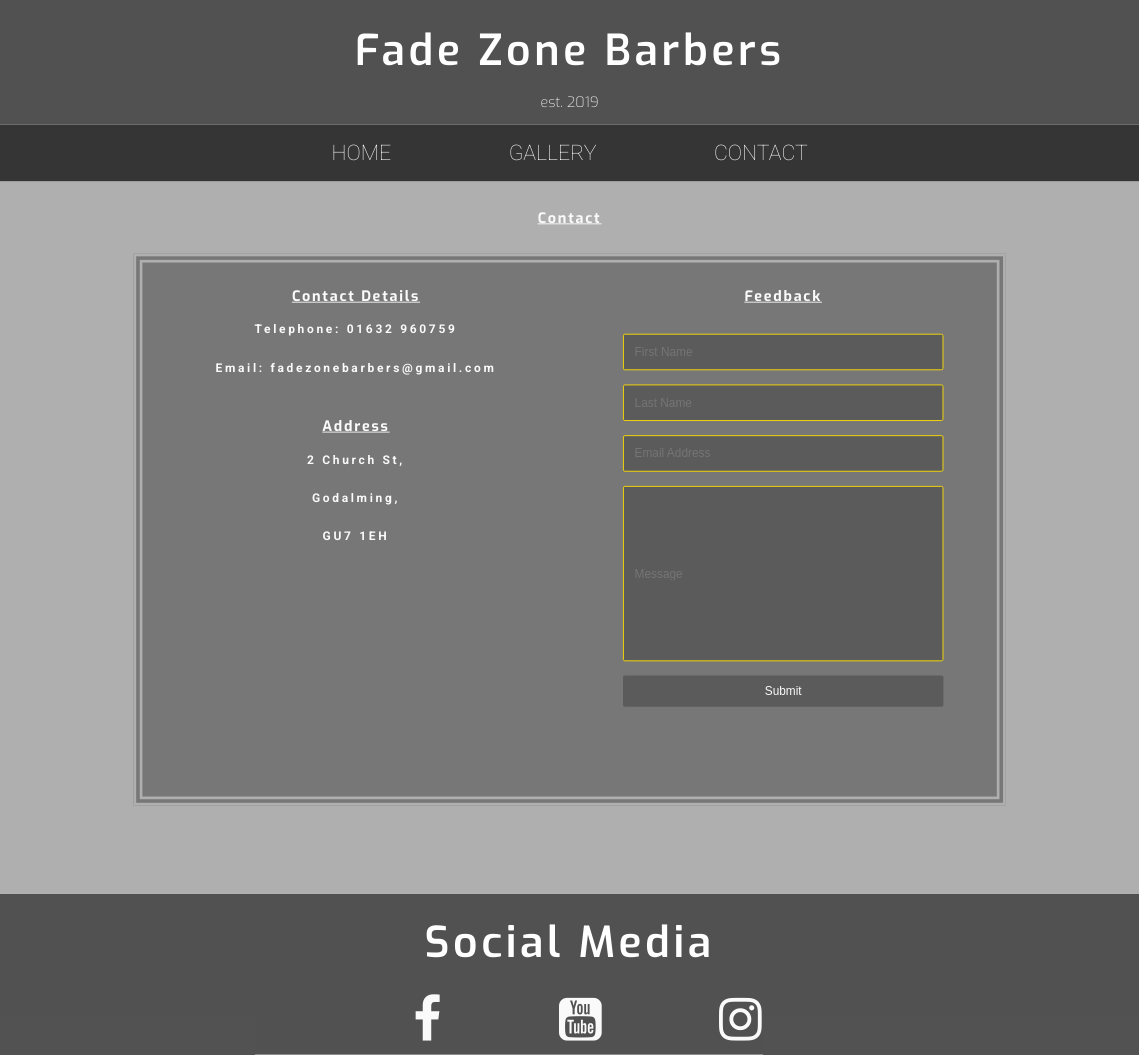
Repository: Boofy360/fade-zone-barbers
Page: contact.html
The author's editor kept a record of every edit. The page is drawn from the files as they stood at one moment, then again after the next edit.
The browser window is 1280 px wide. The pictures show the whole page, at 89% of full size.

Above is the page before.

### contact.html
<!DOCTYPE html>
<html lang="en">

<head>
    <meta charset="UTF-8">
    <meta name="viewport" content="width=device-width, initial-scale=1.0">
    <meta http-equiv="X-UA-Compatible" content="ie=edge">
    <link rel="stylesheet" href="assets/css/style.css" type="text/css" />
    <link rel="stylesheet" href="https://maxcdn.bootstrapcdn.com/font-awesome/4.7.0/css/font-awesome.min.css" type="text/css" />
    <link rel="stylesheet" href="https://cdnjs.cloudflare.com/ajax/libs/hover.css/2.3.1/css/hover-min.css" type="text/css" />
    <title>Document</title>
</head>

<body>
    <header>
        <div id="heading">
            <h1>Fade Zone Barbers</h1>
            <h2>est. 2019</h2>
            <!----------Figure out how to center---------->
        </div>
    </header>
    <nav>
        <ul id="navbar">
            <li>
                <a href="index.html">Home</a>
            </li>
            <li>
                <a href="gallery.html">Gallery</a>
            </li>
            <li>
                <a href="contact.html">Contact</a>
            </li>
        </ul>
    </nav>
    <section id="contact">
        <h2>Contact</h2>
        <div id="contact-overlay">
            <div id="left-contact">
                <h2>Contact Details</h2>
                <p>Telephone: 01632 960759</p>
                <p>Email: fadezonebarbers@gmail.com</p>
                <h2>Address</h2>
                <p>2 Church St,</p>
                <p>Godalming,</p>
                <p>GU7 1EH</p>
            </div>
            <div id="right-contact">
                <h2>Feedback</h2>
                <form action="" target="_self" method="post">
                    <input type="text" name="firstname" placeholder="First Name"/>
                    <input type="text" name="lastname" placeholder="Last Name"/>
                    <input type="text" name="email" placeholder="Email Address"/>
                    <input type="text" name="message" placeholder="Message"/>
                    <input type="submit" value="Submit"/>
                </form>
            </div>
        </div>
    </section>
    <footer>
        <h1>Social Media</h1>
        <ul id="social-networks">
            <li><a href="https://www.facebook.com" target="_blank"><i class="fa fa-facebook"></i></a></li>
            <li><a href="https://www.twitter.com" target="_blank"><i class="fa fa-youtube-square"></i></a></li>
            <li><a href="https://www.instagram.com" target="_blank"><i class="fa fa-instagram"></i></a></li>
        </ul>
    </footer>
</body>

</html>

### assets/css/style.css
@import url('https://fonts.googleapis.com/css?family=Roboto:100,200,300,400,500,600,700|Exo:100,200,300,400,500,600,700');

/*--------------------------------------------Special paddings/margins/text*/

body {
    margin: 0;
    padding: 0;
    border: 0;
}

a:link {
    text-decoration: none!important;
}

/*--------------------------------------------Header*/

header {
    background-color: rgba(8, 8, 8, 0.7);
    font-family: "Exo", sans-serif;
    line-height: 50px;
    text-align: center;
}

#heading h1 {
    font-size: 300%;
    letter-spacing: 4px;
    color: #fff;
    font-weight: 600;
    margin: 0;
    padding: 32px 0 8px;
}

#heading h2 {
    font-size: 100%;
    color: #fafafa;
    font-weight: 200;
    margin: 0;
}

/*--------------------------------------------Navbar*/

#navbar {
    background-color: rgba(32, 32, 32, 0.9);
    list-style-type: none;
    margin: auto;
    padding: 0;
    float: none;
    text-align: center
}

#navbar li {
    display: inline-block;
}

#navbar li a {
    font-family: "Roboto", sans-serif;
    color: #fafafa;
    font-size: 150%;
    font-weight: 100;
    text-transform: uppercase;
    padding: 0 64px;
    text-decoration: none;
    display: inline;
    line-height: 64px;
    transition: all 0.35s ease-in-out;
    -moz-transition: all 0.35s ease-in-out;
    -webkit-transition: all 0.35s ease-in-out;
    -o-transition: all 0.35s ease-in-out;
}

#navbar li a:hover {
    color: #ffdf00;
}


/*--------------------------------------------About Us*/

#hero-image {
    background-image: linear-gradient(rgba(0, 0, 0, 0.2), rgba(0, 0, 0, 0.2)), url("../images/tools-background.jpg");
    height: 100%;
    background-position: center;
    background-repeat: no-repeat;
    background-size: cover;
}


#hero-outer {
    height: 600px;
    width: 100%;
    overflow: hidden;
    position: relative;
    text-align: center
}

#cover-text h2 {
    letter-spacing: 2px;
    font-family: "Exo", sans-serif;
    text-decoration: underline;


}

#cover-text {
    background-color: rgba(32, 32, 32, 0.5);
    font-family: "Roboto", sans-serif;
    font-size: 1.5vh;
    text-align: center;
    color: #fafafa;
    line-height: 100%;
    width: 60%;
    height: 60%;
    border-radius: 5%;
    padding: 20px 20px;
    bottom: 20%;
    left: 10%;
    position: absolute;
    margin: 0 auto;
}

/*--------------------------------------------Prices*/

#prices {
    background-color: #afafaf;
    font-family: "Roboto", sans-serif;
    font-size: 1.5vh;
    text-align: center;
    color: #fafafa;
    width: 100%;
    height: 600px;
    position: relative;
}

#prices h2 {
    text-align: center;
    letter-spacing: 2px;
    font-family: "Exo", sans-serif;
    text-decoration: underline;
    padding: 30px 0;
    margin: 0;
}


#prices-list {
    background-color: rgba(64, 64, 64, 0.5);
    width: 80%;
    height: 65%;
    line-height: 150%;
    display: inline-block;
    border: 10px double #afafaf;
}

#left-content {
    float: left;
    width: 50%;
}

#right-content {
    float: right;
    width: 50%;
}

#left-content p,
#right-content p {
    font-size: 1.25em;
    letter-spacing: 3px;
    font-weight: 700;
    padding: 0.5em;

}

/*--------------------------------------------Gallery*/

#gallery {
    background-color: #afafaf;
    clear: both;
    height: 100%;
    line-height: 0;
    column-count: 5;
    column-gap: 0;
}

#gallery img {
    width: 100%;
}

/*--------------------------------------------Contact*/

#contact {
    background-color: #afafaf;
    width: 100%;
    height: 800px;
    position: relative;
    text-align: center;
    font-size: 1.5vh;
    font-family: "Roboto", sans-serif;
    color: #fafafa;
}

#contact h2 {
    text-align: center;
    letter-spacing: 2px;
    font-family: "Exo", sans-serif;
    text-decoration: underline;
    padding: 30px 0;
    margin: 0;
}

#contact-overlay {
    background-color: rgba(64, 64, 64, 0.5);
    width: 75%;
    height: 75%;
    line-height: 150%;
    display: inline-block;
    border: 10px double #afafaf;
}

#left-contact {
    float: left;
    width: 50%;
}

#left-contact h2 {
    padding-bottom: 0px
}

#right-contact {
    float: right;
    width: 50%;
}

#left-contact p {
    font-size: 1.25em;
    letter-spacing: 3px;
    font-weight: 700;
    padding: 0.5em;
}

input {
    background-color: rgba(64, 64, 64, 0.5);
    color: #fafafa;
    width: 75%;
    padding: 12px;
    margin-top: 4px;
    margin-bottom: 12px;
    box-sizing: border-box;
    border-radius: 2px;
    border: 1px solid #ffdf00;
    cursor: text;
}

input[name=message] {
    padding: 90px 12px;
}

input:focus {
    background-color: #fafafa;
    color: black;
}

input[type=submit] {
    padding: 10px 16px;
    border: none;
    border-radius: 2px;
    cursor: pointer;
    transition: all 0.35s ease-in-out;
    -moz-transition: all 0.35s ease-in-out;
    -webkit-transition: all 0.35s ease-in-out;
    -o-transition: all 0.35s ease-in-out;
}

input[type=submit]:hover {
    background-color: #ffdf00;
    color: black;
}

/*--------------------------------------------Footer*/

footer {
    background-color: rgba(8, 8, 8, 0.7);
    line-height: 50px;
    text-align: center;
}

footer h1 {
    font-family: "Exo", sans-serif;
    font-size: 300%;
    letter-spacing: 4px;
    color: #fff;
    font-weight: 600;
    margin: 0;
    padding: 30px 0;
}

#social-networks {
    margin: 0;
}

#social-networks li {
    display: inline;

}

#social-networks li a {
    color: #fafafa;
    font-size: 3.5em;
    padding: 0 64px;
    line-height: 64px;
    transition: all 0.35s ease-in-out;
    -moz-transition: all 0.35s ease-in-out;
    -webkit-transition: all 0.35s ease-in-out;
    -o-transition: all 0.35s ease-in-out;
}

#social-networks li a:hover {
    color: #ffdf00;
}

After the next edit:
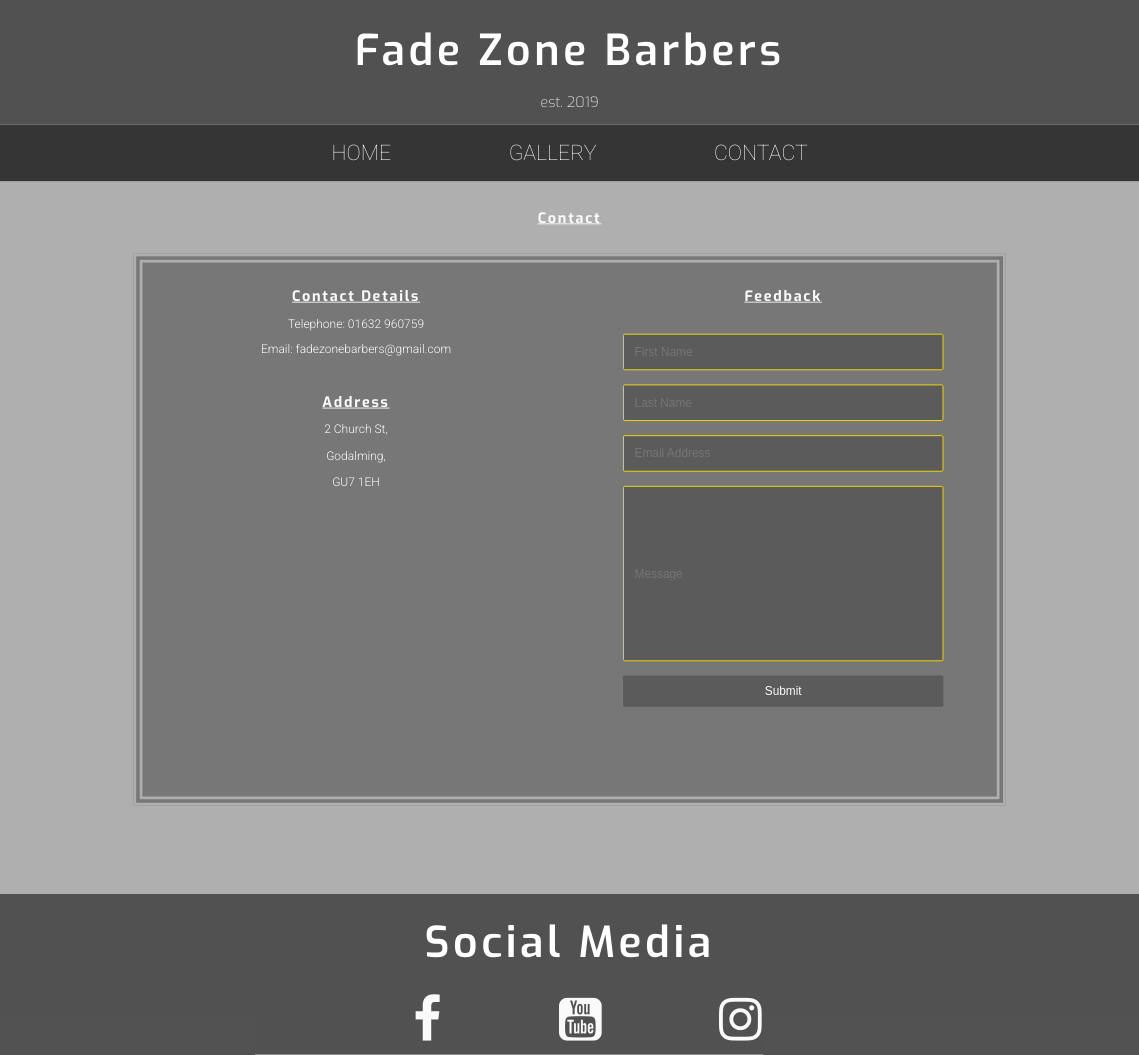
The edit:
--- a/assets/css/style.css
+++ b/assets/css/style.css
@@ -230,9 +230,7 @@
 
 #left-contact p {
     font-size: 1.25em;
-    letter-spacing: 3px;
-    font-weight: 700;
-    padding: 0.5em;
+    font-weight: 300;
 }
 
 input {
